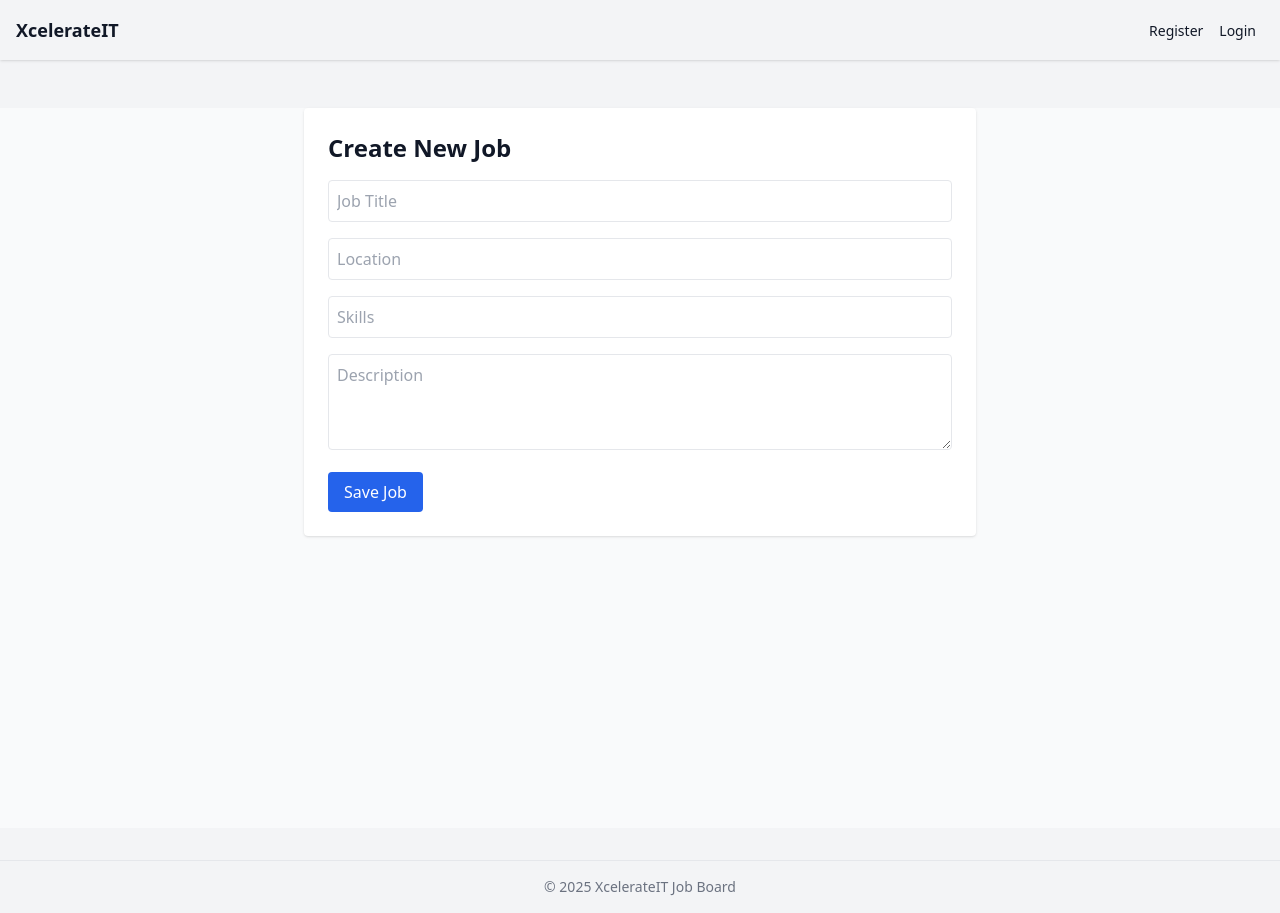
Repository: mujahid341/Job-board-application-frontend
Page: /employer/jobs/create
The author's editor kept a copy of each file at every save. The page is drawn from the files as they stood at one save, then again after the next save.
The browser window is 1280 px wide. The pictures show the whole page.
The project was rebuilt for these pictures with package versions that can differ from the ones it lists, and the page was loaded fresh each time. Also part of the build but not shown: vite.config.js, src/components/NotFound/NotFound.css, src/components/NotFound/NotFound.jsx, src/pages/HomePage/HomePage.jsx, src/pages/RegisterPage/RegisterPage.jsx, src/pages/LoginPage/LoginPage.jsx, src/pages/EmployerDashboard/EmployerDashboard.css, src/pages/EmployerDashboard/EmployerDashboard.jsx and 7 more. Imported but missing from the stored project, and not drawn on this page: src/context/AuthProvider.

Above is the page before, as saved 2025-05-26 00:55:36.

### src/main.jsx
import './index.css';
import React from 'react';
import ReactDOM from 'react-dom/client';
import App from './App';
import { BrowserRouter } from 'react-router-dom';
import AuthProvider from './contexts/AuthContext';

ReactDOM.createRoot(document.getElementById('root')).render(
  <React.StrictMode>
    <BrowserRouter>      <AuthProvider>
        <App />
      </AuthProvider>
    </BrowserRouter>
  </React.StrictMode>
);

### src/App.jsx
// ✅ Updated App.jsx with Home Page and full routes
import { Routes, Route } from 'react-router-dom';
import Navbar from './components/Navbar/Navbar';
import Footer from './components/Footer/Footer';
import NotFound from './components/NotFound/NotFound';

// Home page
import HomePage from './pages/HomePage/HomePage';

// Auth pages
import RegisterPage from './pages/RegisterPage/RegisterPage';
import LoginPage from './pages/LoginPage/LoginPage';

// Employer pages
import EmployerDashboard from './pages/EmployerDashboard/EmployerDashboard';
import EmployerJobCreate from './pages/EmployerJobCreate/EmployerJobCreate';
import EmployerJobEdit from './pages/EmployerJobEdit/EmployerJobEdit';
import EmployerJobList from './pages/EmployerJobList/EmployerJobList';

// Job seeker pages
import JobSearchPage from './pages/JobSearchPage/JobSearchPage';
import JobDetailPage from './pages/JobDetailPage/JobDetailPage';

function App() {
  return (
    <>
      <Navbar />
      <main className="min-h-screen bg-gray-50">
        <Routes>
          {/* Home Route */}
          <Route path="/" element={<HomePage />} />

          {/* Auth Routes */}
          <Route path="/register" element={<RegisterPage />} />
          <Route path="/login" element={<LoginPage />} />

          {/* Employer Routes */}
          <Route path="/employer/dashboard" element={<EmployerDashboard />} />
          <Route path="/employer/jobs/create" element={<EmployerJobCreate />} />
          <Route path="/employer/jobs/edit/:id" element={<EmployerJobEdit />} />
          <Route path="/employer/jobs" element={<EmployerJobList />} />

          {/* Job Seeker Routes */}
          <Route path="/jobs" element={<JobSearchPage />} />
          <Route path="/jobs/:id" element={<JobDetailPage />} />

          {/* 404 Route */}
          <Route path="*" element={<NotFound />} />
        </Routes>
      </main>
      <Footer />
    </>
  );
}

export default App;

### src/contexts/AuthContext.jsx
import { createContext, useContext, useState, useEffect } from 'react';
const AuthContext = createContext();
export const useAuth = () => useContext(AuthContext);
export default function AuthProvider({ children }) {
  const [user, setUser] = useState(null);
  useEffect(() => {
    const token = localStorage.getItem('token');
    const role = localStorage.getItem('role');
    if (token && role) setUser({ token, role });
  }, []);
  const login = (token, role) => {
    localStorage.setItem('token', token);
    localStorage.setItem('role', role);
    setUser({ token, role });
  };
  const logout = () => {
    localStorage.removeItem('token');
    localStorage.removeItem('role');
    setUser(null);
  };
  return (
    <AuthContext.Provider value={{ user, login, logout }}>
      {children}
    </AuthContext.Provider>
  );
}

### src/components/Navbar/Navbar.jsx
import './Navbar.css';
import { Link } from 'react-router-dom';

export default function Navbar() {
  const isLoggedIn = !!localStorage.getItem('token');

  const handleLogout = () => {
    localStorage.clear();
    window.location.href = '/login';
  };

  return (
    <nav className="navbar">
      <Link to="/" className="nav-brand">XcelerateIT</Link>
      <div className="nav-links">
        {isLoggedIn ? (
          <>
            <Link to="/employer/dashboard">Dashboard</Link>
            <button className="nav-btn" onClick={handleLogout}>Logout</button>
          </>
        ) : (
          <>
            <Link to="/register">Register</Link>
            <Link to="/login">Login</Link>
          </>
        )}
      </div>
    </nav>
  );
}

### src/components/Footer/Footer.jsx
import './Footer.css';

export default function Footer() {
  return (
    <footer className="footer">
      <p>© 2025 XcelerateIT Job Board</p>
    </footer>
  );
}

### src/pages/EmployerJobCreate/EmployerJobCreate.jsx
import './EmployerJobCreate.css';
import { useState } from 'react';
import { createJob } from '../../services/jobApi';
import { useNavigate } from 'react-router-dom';

export default function EmployerJobCreate() {
  const [form, setForm] = useState({
    title: '',
    location: '',
    skills: '',
    description: ''
  });
  const navigate = useNavigate();

  const handleSubmit = async (e) => {
    e.preventDefault();
    try {
      await createJob(form);
      navigate('/employer/jobs');
    } catch (err) {
      console.error('Create failed:', err);
    }
  };

  return (
    <div className="job-form-container">
      <h1 className="text-2xl font-bold mb-4">Create New Job</h1>
      <form className="space-y-4" onSubmit={handleSubmit}>
        <input className="form-input" placeholder="Job Title" value={form.title}
          onChange={(e) => setForm({ ...form, title: e.target.value })} />
        <input className="form-input" placeholder="Location" value={form.location}
          onChange={(e) => setForm({ ...form, location: e.target.value })} />
        <input className="form-input" placeholder="Skills" value={form.skills}
          onChange={(e) => setForm({ ...form, skills: e.target.value })} />
        <textarea className="form-input h-24" placeholder="Description" value={form.description}
          onChange={(e) => setForm({ ...form, description: e.target.value })} />
        <button className="submit-btn">Save Job</button>
      </form>
    </div>
  );
}

### src/components/Navbar/Navbar.css
.navbar {
  @apply flex justify-between items-center bg-gray-100 p-4 shadow;
}

.nav-links a, .nav-btn {
  @apply mx-2 text-sm hover:text-blue-600;
}

.nav-brand {
  @apply font-bold text-lg;
}

### src/components/Footer/Footer.css
.footer {
  @apply text-center py-4 text-sm text-gray-500 mt-8 border-t;
}

### src/services/jobApi.js
import axios from 'axios';

const jobAPI = axios.create({
  baseURL: 'http://localhost:8082/api/jobboard', // adjust if your backend address changes
  headers: {
    'Content-Type': 'application/json'
  }
});

// Attach token before each request if available
jobAPI.interceptors.request.use(
  (config) => {
    const token = localStorage.getItem('token');
    if (token) {
      config.headers['Authorization'] = `Bearer ${token}`;
    }
    return config;
  },
  (error) => Promise.reject(error)
);

// ✅ Get all jobs created by the logged-in employer
export const getMyJobs = () => jobAPI.get('/job/my');

// ✅ Create a new job
export const createJob = (data) => jobAPI.post('/job', data);

// ✅ Update an existing job by ID
export const updateJob = (id, data) => jobAPI.put(`/job/${id}`, data);

// ✅ Delete a job by ID
export const deleteJob = (id) => jobAPI.delete(`/job/${id}`);

// ✅ Get a single job by ID (for detail or edit pages)
export const getJobById = (id) => jobAPI.get(`/job/${id}`);

// ✅ Search jobs (for job seekers with filters)
export const searchJobs = (queryParams) => {
  const query = new URLSearchParams(queryParams).toString();
  return jobAPI.get(`/job/search?${query}`);
};

export default jobAPI;

### src/pages/EmployerJobCreate/EmployerJobCreate.css
.job-form-container {
  @apply max-w-2xl mx-auto p-6 bg-white shadow rounded mt-12;
}

.form-input {
  @apply w-full border p-2 rounded;
}

.submit-btn {
  @apply bg-green-600 text-white px-4 py-2 rounded hover:bg-green-700;
}

### src/pages/EmployerJobEdit/EmployerJobEdit.css
.job-form-container {
  @apply max-w-2xl mx-auto p-6 bg-white shadow rounded mt-12;
}

.form-input {
  @apply w-full border p-2 rounded;
}

.submit-btn {
  @apply bg-blue-600 text-white px-4 py-2 rounded hover:bg-blue-700;
}

Loaded but not shown: index.html (common file); src/index.css (common file); tailwind.config.js (common file)

After the next save:
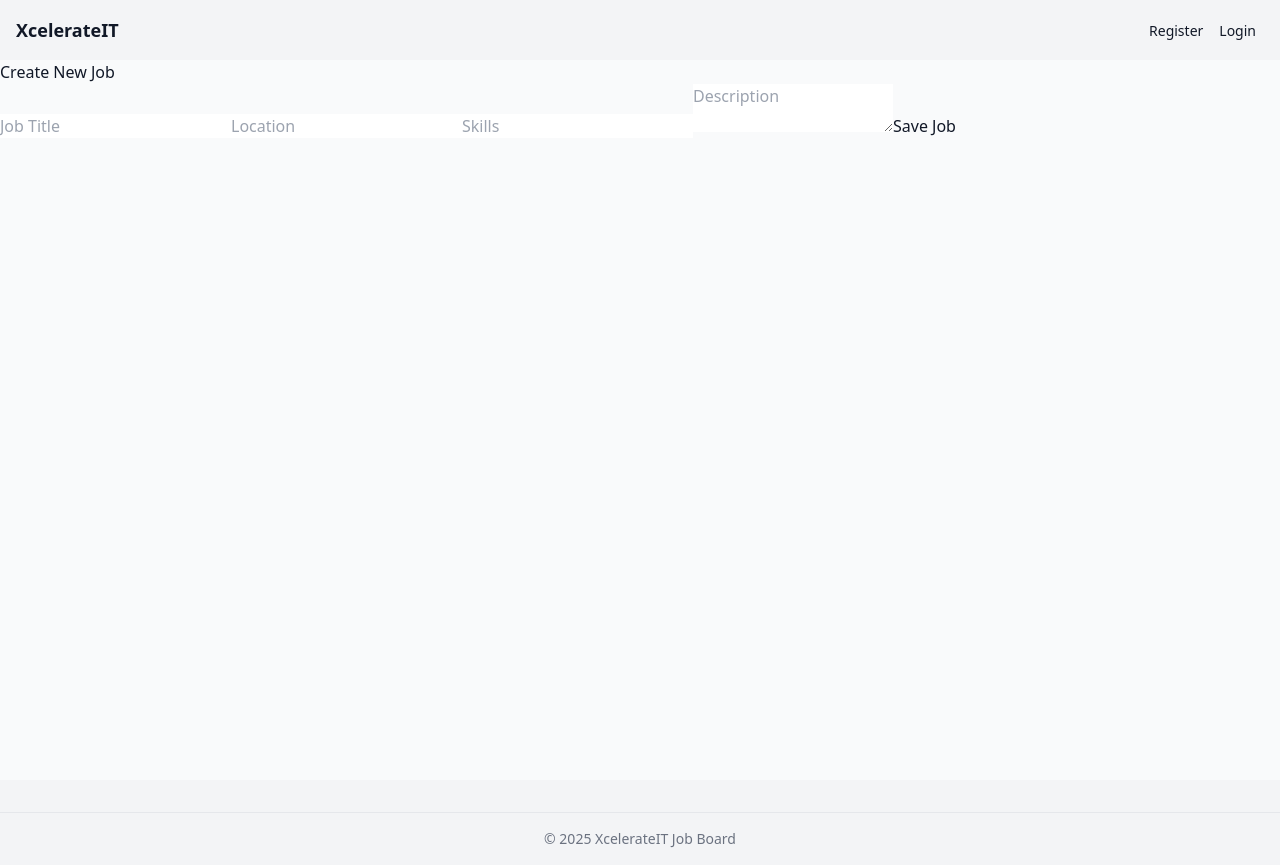
Saved 3 min 1 s later.
--- a/src/pages/EmployerJobCreate/EmployerJobCreate.jsx
+++ b/src/pages/EmployerJobCreate/EmployerJobCreate.jsx
@@ -1,15 +1,9 @@
-import './EmployerJobCreate.css';
 import { useState } from 'react';
+import { useNavigate } from 'react-router-dom';
 import { createJob } from '../../services/jobApi';
-import { useNavigate } from 'react-router-dom';
 
 export default function EmployerJobCreate() {
-  const [form, setForm] = useState({
-    title: '',
-    location: '',
-    skills: '',
-    description: ''
-  });
+  const [form, setForm] = useState({ title: '', location: '', skills: '', description: '' });
   const navigate = useNavigate();
 
   const handleSubmit = async (e) => {
@@ -18,23 +12,19 @@ export default function EmployerJobCreate() {
       await createJob(form);
       navigate('/employer/jobs');
     } catch (err) {
-      console.error('Create failed:', err);
+      console.error('Failed to create job:', err);
     }
   };
 
   return (
-    <div className="job-form-container">
-      <h1 className="text-2xl font-bold mb-4">Create New Job</h1>
-      <form className="space-y-4" onSubmit={handleSubmit}>
-        <input className="form-input" placeholder="Job Title" value={form.title}
-          onChange={(e) => setForm({ ...form, title: e.target.value })} />
-        <input className="form-input" placeholder="Location" value={form.location}
-          onChange={(e) => setForm({ ...form, location: e.target.value })} />
-        <input className="form-input" placeholder="Skills" value={form.skills}
-          onChange={(e) => setForm({ ...form, skills: e.target.value })} />
-        <textarea className="form-input h-24" placeholder="Description" value={form.description}
-          onChange={(e) => setForm({ ...form, description: e.target.value })} />
-        <button className="submit-btn">Save Job</button>
+    <div>
+      <h1>Create New Job</h1>
+      <form onSubmit={handleSubmit}>
+        <input placeholder="Job Title" value={form.title} onChange={(e) => setForm({ ...form, title: e.target.value })} />
+        <input placeholder="Location" value={form.location} onChange={(e) => setForm({ ...form, location: e.target.value })} />
+        <input placeholder="Skills" value={form.skills} onChange={(e) => setForm({ ...form, skills: e.target.value })} />
+        <textarea placeholder="Description" value={form.description} onChange={(e) => setForm({ ...form, description: e.target.value })} />
+        <button type="submit">Save Job</button>
       </form>
     </div>
   );
